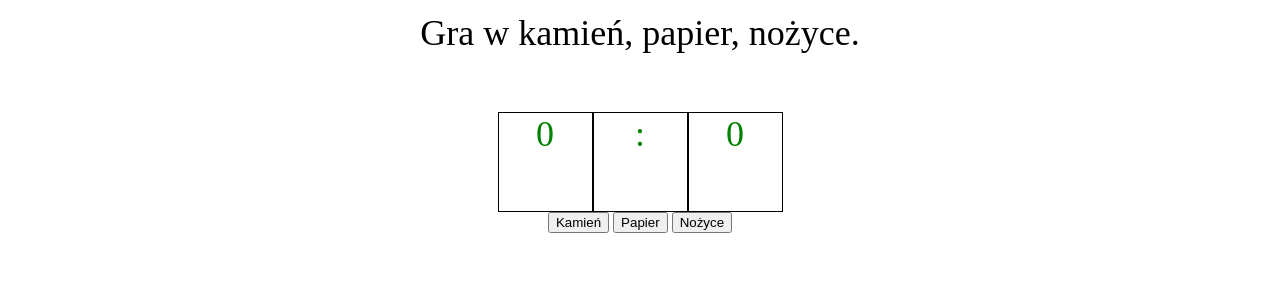
Repository: ulasup/javascript-prework
Page: index.html
The author's editor kept a copy of each file at every save. The page is drawn from the files as they stood at one save, then again after the next save.
The browser window is 1280 px wide. The pictures show the whole page.
Some web libraries are served in a nearby version. The style sheet was rebuilt from its Sass, Less or Tailwind sources for each picture, by a compiler version that may differ from the author's.

Above is the page before, as saved 2020-12-12 17:21:46.

After the next save:
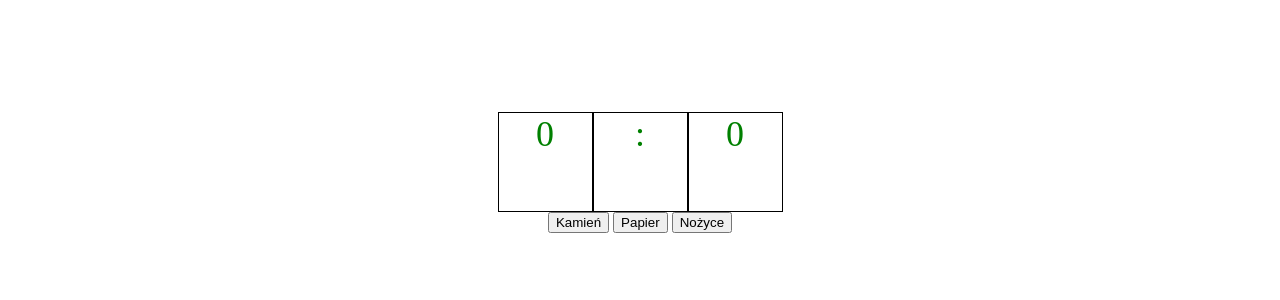
Saved 18 s later.
--- a/index.html
+++ b/index.html
@@ -9,7 +9,7 @@
 </head>
 <body>
 	<div class="container">
-		<div class="header">Gra w kamień, papier, nożyce.</div>
+		<div class="header"></div>
 		<div class=row>
 			<div class="player col-1">0</div>
 			<div class="score col-1">:</div>
--- a/sass/style.scss
+++ b/sass/style.scss
@@ -4,7 +4,6 @@ body {
 }
 .header {
     min-height: 100px;
-    font-size: 36px;
 }
 .row {
     justify-content: center;
